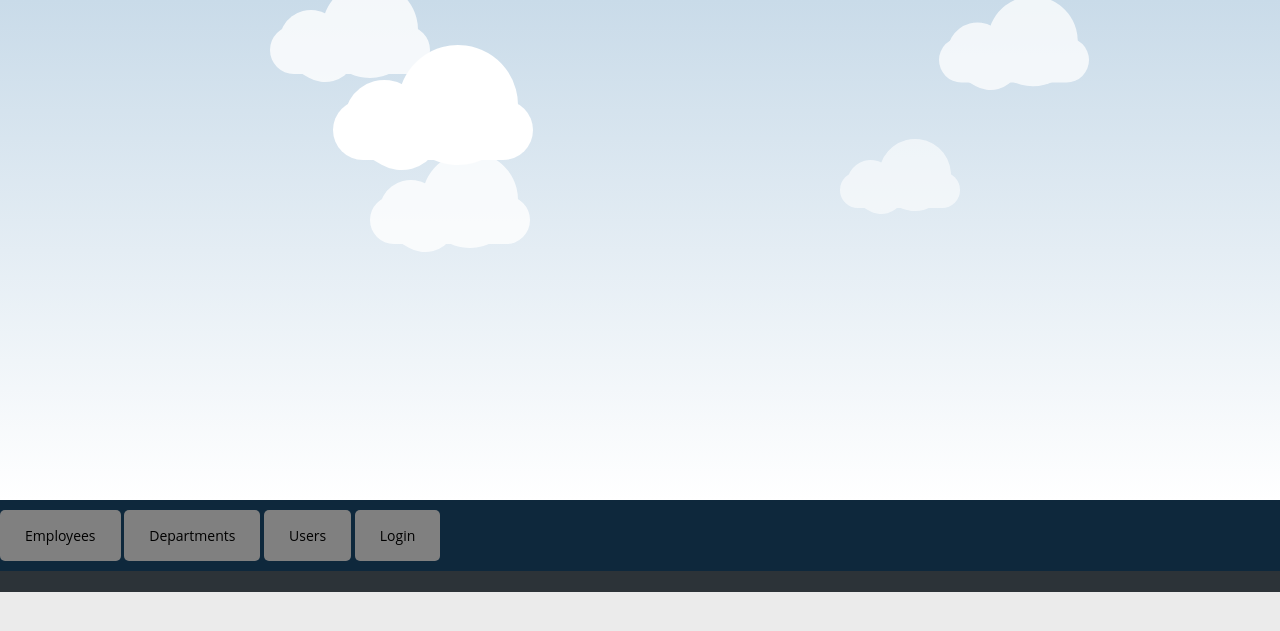
Repository: avsuhas/Java-Project
Page: Employee Project/WebContent/html/button.html
These files come from the project's save history. The page is drawn as it stood at one moment and after the next save; the edit follows.
The browser window is 1280 px wide. The pictures show the whole page.

Above is the page before, as saved 2017-05-25 03:00:23.

### Employee Project/WebContent/html/button.html
<!DOCTYPE html>
<html>
<head>
    <title>Button Testing</title>
    <style type="text/css">




    html, body {
    	margin: 0px;
    	background: #ebebeb;
    }
      .ulTag {
      	list-style-type: none;
      	background: #0E283C;
      	margin: 0px;
      }


      .liTag {
        display: inline-block;
            padding: 15px 25px;
            background: grey;
            border-radius: 5px;
            margin: 10px 0px 10px 0px;
            text-align: right;
        }
        .sbmtBtn {
        	width: 90px;
		    height: 35px;
		    border-radius: 10px;
		    font-size: 17px;
		    margin-top: 20px;
}
        }



 /* CSS Document */
/* ---------- FONTAWESOME ---------- */
/* ---------- https://fortawesome.github.com/Font-Awesome/ ---------- */
/* ---------- http://weloveiconfonts.com/ ---------- */
@import url(http://weloveiconfonts.com/api/?family=fontawesome);
/* ---------- ERIC MEYER'S RESET CSS ---------- */
/* ---------- https://meyerweb.com/eric/tools/css/reset/ ---------- */
@import url(https://meyerweb.com/eric/tools/css/reset/reset.css);
/* ---------- FONTAWESOME ---------- */
[class*="fontawesome-"]:before {
  font-family: 'FontAwesome', sans-serif;
}

/* ---------- GENERAL ---------- */
* {
  -moz-box-sizing: border-box;
       box-sizing: border-box;
}
*:before, *:after {
  -moz-box-sizing: border-box;
       box-sizing: border-box;
}

body {
  background: #2c3338;
  color: #606468;
  font: 87.5%/1.5em 'Open Sans', sans-serif;
  margin: 0;
  overflow-y:auto !important;
  overflow-x:hidden !important;
}

a {
  color: #eee;
  text-decoration: none;
}

a:hover {
  text-decoration: underline;
}

input {
  border: none;
  font-family: 'Open Sans', Arial, sans-serif;
  font-size: 14px;
  line-height: 1.5em;
  padding: 0;
  -webkit-appearance: none;
}

p {
  line-height: 1.5em;
}

.clearfix {
  *zoom: 1;
}
.clearfix:before, .clearfix:after {
  content: ' ';
  display: table;
}
.clearfix:after {
  clear: both;
}

.container {
  left: 50%;
  position:absolute;
   top: 50%;
  -webkit-transform: translate(-50%, -50%);
      -ms-transform: translate(-50%, -50%);
          transform: translate(-50%, -50%);
}

/* ---------- LOGIN ---------- */
#login {
  width: 280px;
}

#login form span {
  background-color: #363b41;
  border-radius: 3px 0px 0px 3px;
  color: #606468;
  display: block;
  float: left;
  height: 50px;
  line-height: 50px;
  text-align: center;
  width: 50px;
}

#login form input {
  height: 50px;
}

#login form input[type="text"], input[type="password"] {
  background-color: #3b4148;
  border-radius: 0px 3px 3px 0px;
  color: #606468;
  margin-bottom: 1em;
  padding: 0 16px;
  width: 230px;
}

#login form input[type="submit"] {
  border-radius: 3px;
  -moz-border-radius: 3px;
  -webkit-border-radius: 3px;
  background-color: #ea4c88;
  color: #eee;
  font-weight: bold;
  margin-bottom: 2em;
  text-transform: uppercase;
  width: 280px;
}

#login form input[type="submit"]:hover {
  background-color: #d44179;
}

#login > p {
  text-align: center;
}

#login > p span {
  padding-left: 5px;
}

/*Lets start with the cloud formation rather*/

/*The container will also serve as the SKY*/

*{ margin: 0; padding: 0;}

#clouds{
	padding: 100px 0;
	background: #c9dbe9;
	background: -webkit-linear-gradient(top, #c9dbe9 0%, #fff 100%);
	background: -linear-gradient(top, #c9dbe9 0%, #fff 100%);
	background: -moz-linear-gradient(top, #c9dbe9 0%, #fff 100%);
}

/*Time to finalise the cloud shape*/
.cloud {
	width: 200px; height: 60px;
	background: #fff;

	border-radius: 200px;
	-moz-border-radius: 200px;
	-webkit-border-radius: 200px;

	position: relative;
}

.cloud:before, .cloud:after {
	content: '';
	position: absolute;
	background: #fff;
	width: 100px; height: 80px;
	position: absolute; top: -15px; left: 10px;

	border-radius: 100px;
	-moz-border-radius: 100px;
	-webkit-border-radius: 100px;

	-webkit-transform: rotate(30deg);
	transform: rotate(30deg);
	-moz-transform: rotate(30deg);
}

.cloud:after {
	width: 120px; height: 120px;
	top: -55px; left: auto; right: 15px;
}

/*Time to animate*/
.x1 {
	-webkit-animation: moveclouds 15s linear infinite;
	-moz-animation: moveclouds 15s linear infinite;
	-o-animation: moveclouds 15s linear infinite;
}

/*variable speed, opacity, and position of clouds for realistic effect*/
.x2 {
	left: 200px;

	-webkit-transform: scale(0.6);
	-moz-transform: scale(0.6);
	transform: scale(0.6);
	opacity: 0.6; /*opacity proportional to the size*/

	/*Speed will also be proportional to the size and opacity*/
	/*More the speed. Less the time in 's' = seconds*/
	-webkit-animation: moveclouds 25s linear infinite;
	-moz-animation: moveclouds 25s linear infinite;
	-o-animation: moveclouds 25s linear infinite;
}

.x3 {
	left: -250px; top: -200px;

	-webkit-transform: scale(0.8);
	-moz-transform: scale(0.8);
	transform: scale(0.8);
	opacity: 0.8; /*opacity proportional to the size*/

	-webkit-animation: moveclouds 20s linear infinite;
	-moz-animation: moveclouds 20s linear infinite;
	-o-animation: moveclouds 20s linear infinite;
}

.x4 {
	left: 470px; top: -250px;

	-webkit-transform: scale(0.75);
	-moz-transform: scale(0.75);
	transform: scale(0.75);
	opacity: 0.75; /*opacity proportional to the size*/

	-webkit-animation: moveclouds 18s linear infinite;
	-moz-animation: moveclouds 18s linear infinite;
	-o-animation: moveclouds 18s linear infinite;
}

.x5 {
	left: -150px; top: -150px;

	-webkit-transform: scale(0.8);
	-moz-transform: scale(0.8);
	transform: scale(0.8);
	opacity: 0.8; /*opacity proportional to the size*/

	-webkit-animation: moveclouds 20s linear infinite;
	-moz-animation: moveclouds 20s linear infinite;
	-o-animation: moveclouds 20s linear infinite;
}

@-webkit-keyframes moveclouds {
	0% {margin-left: 1000px;}
	100% {margin-left: -1000px;}
}
@-moz-keyframes moveclouds {
	0% {margin-left: 1000px;}
	100% {margin-left: -1000px;}
}
@-o-keyframes moveclouds {
	0% {margin-left: 1000px;}
	100% {margin-left: -1000px;}
}
.bottom {
	width:100%; margin:0 auto; text-align:center; padding:10px 0; height:100px; position:absolute;
}
.bottom h3 {color:white; font-size:30px; font-weight:bold; margin-top:45px; padding-bottom:45px;}
.blue { color:#09c;}
</style>


</head>
<body>
<div id="clouds">
	<div class="cloud x1"></div>
	<!-- Time for multiple clouds to dance around -->
	<div class="cloud x2"></div>
	<div class="cloud x3"></div>
	<div class="cloud x4"></div>
	<div class="cloud x5"></div>
</div>
	<div class="ulTag">
	<ul>
		<li class="liTag"> <a href="../jsp/employees.jsp" style="color:black;">Employees</a></li>
		<li class="liTag"><a href="../jsp/departments.jsp" style="color:black;">Departments</a></li>
		<li class="liTag"><a href="../jsp/user.jsp" style="color:black;">Users</a></li>
		<li class="liTag"><a href="welcomePage.html" style="color:black;">Login</a></li>
	</ul>
	</div>
<br>



</body>
</html>

After the next save:
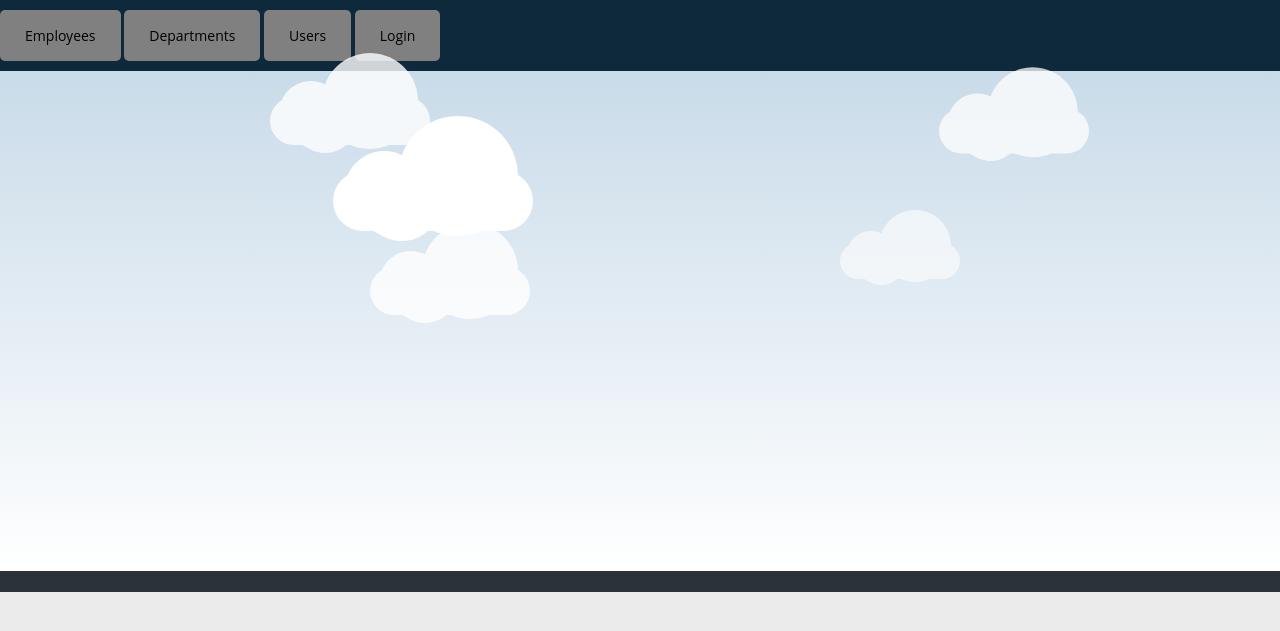
Saved 43 s later.
--- a/Employee Project/WebContent/html/button.html
+++ b/Employee Project/WebContent/html/button.html
@@ -296,14 +296,7 @@ p {
 
 </head>
 <body>
-<div id="clouds">
-	<div class="cloud x1"></div>
-	<!-- Time for multiple clouds to dance around -->
-	<div class="cloud x2"></div>
-	<div class="cloud x3"></div>
-	<div class="cloud x4"></div>
-	<div class="cloud x5"></div>
-</div>
+
 	<div class="ulTag">
 	<ul>
 		<li class="liTag"> <a href="../jsp/employees.jsp" style="color:black;">Employees</a></li>
@@ -312,6 +305,14 @@ p {
 		<li class="liTag"><a href="welcomePage.html" style="color:black;">Login</a></li>
 	</ul>
 	</div>
+	<div id="clouds">
+	<div class="cloud x1"></div>
+	<!-- Time for multiple clouds to dance around -->
+	<div class="cloud x2"></div>
+	<div class="cloud x3"></div>
+	<div class="cloud x4"></div>
+	<div class="cloud x5"></div>
+</div>
 <br>
 
 
